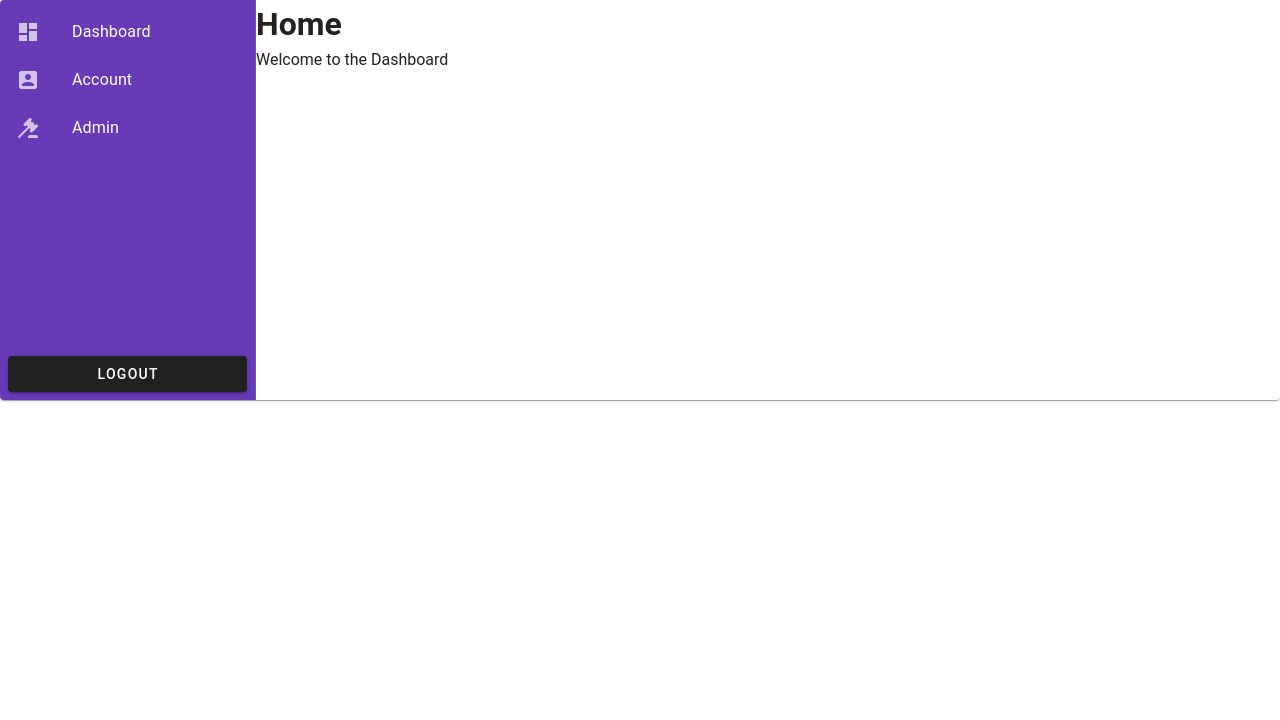
Repository: NtiSilva/Front_AG
Page: /
An editor plug-in stored every save of this project. The page is shown before and after the next save, followed by the edit.
The browser window is 1280 px wide. The pictures show the whole page.
The project was rebuilt for these pictures with package versions that can differ from the ones it lists, and the page was loaded fresh each time. Also part of the build but not shown: vite.config.mjs, src/components/Alert.vue, src/components/Atividades/FormActivities.vue, src/components/Atividades/index.vue, src/components/Clientes/FormClient.vue, src/components/Dialog.vue, src/components/DialogRemove.vue, src/components/Clientes/ListClients.vue and 9 more.

Above is the page before, as saved 2024-06-19 16:11:59.

After the next save:
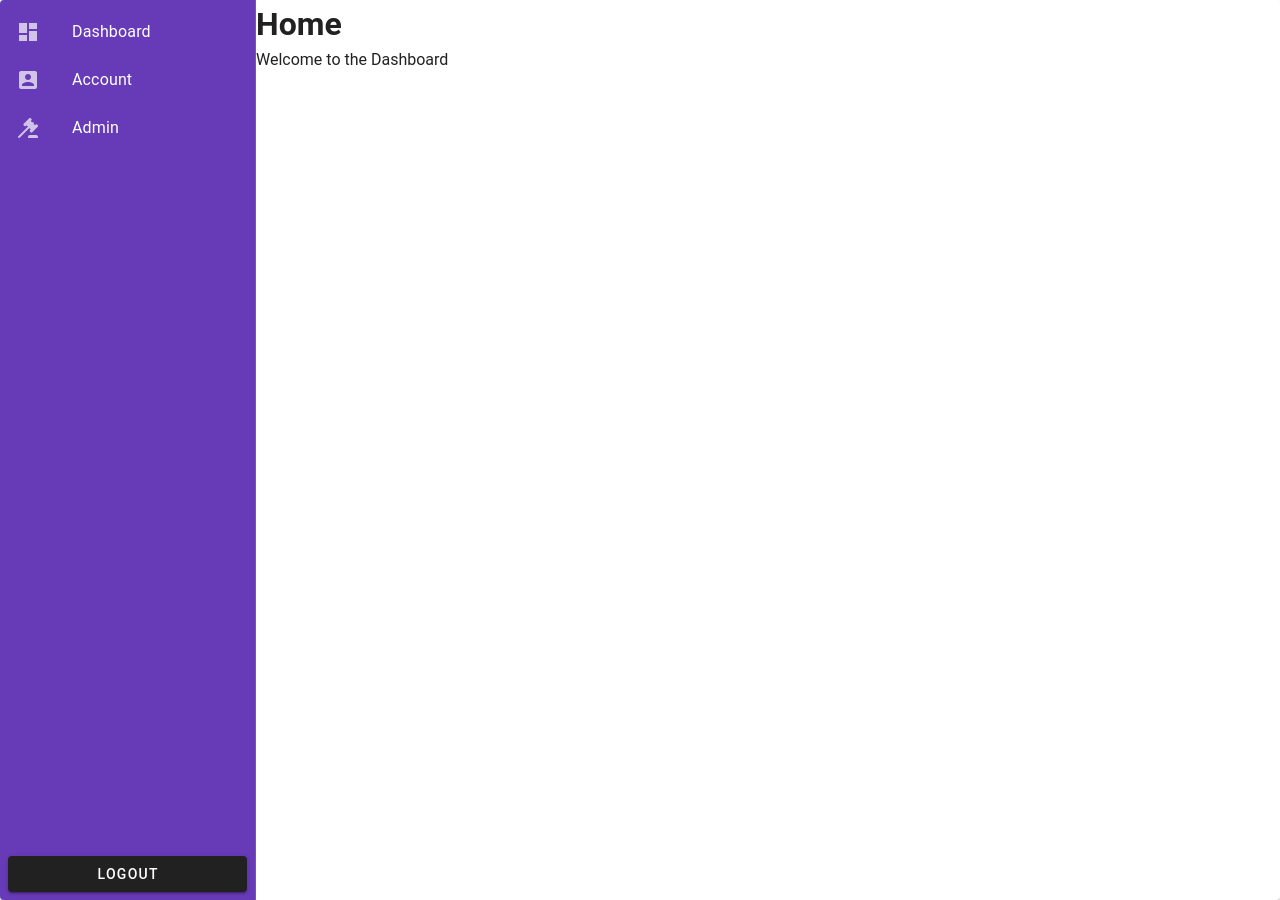
Saved 7 s later.
--- a/src/App.vue
+++ b/src/App.vue
@@ -22,7 +22,7 @@
         </template>
       </v-navigation-drawer>
 
-      <v-main style="height: 400px">
+      <v-main style="height: 900px">
         <router-view />
       </v-main>
     </v-layout>
